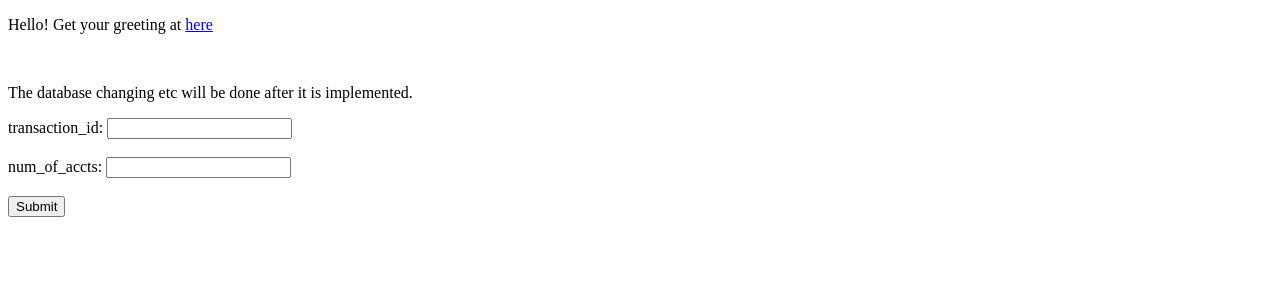
Repository: hcm4990/BankingApplicationRestAPI
Page: gs-serving-web-content-complete/src/main/resources/static/index.html
These files come from the project's save history. The page is drawn as it stood at one moment and after the next save; the edit follows.
The browser window is 1280 px wide. The pictures show the whole page.

Above is the page before, as saved 2020-04-06 12:05:27.

After the next save:
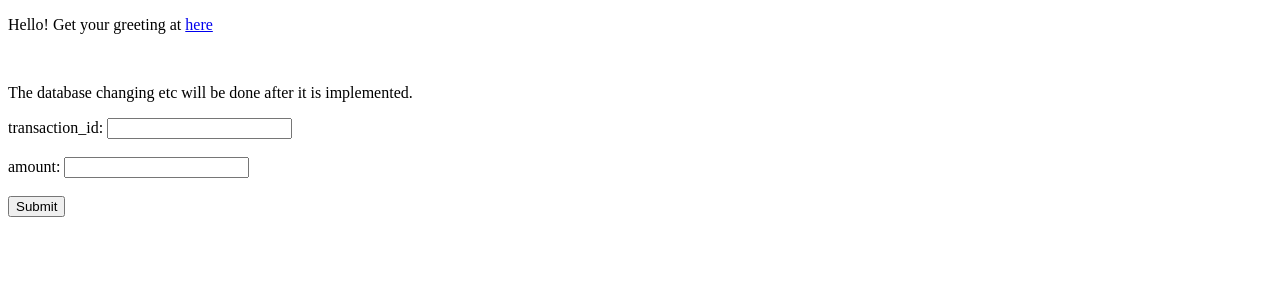
Saved 15 s later.
--- a/gs-serving-web-content-complete/src/main/resources/static/index.html
+++ b/gs-serving-web-content-complete/src/main/resources/static/index.html
@@ -11,9 +11,9 @@
 	<br>
 	<p>The database changing etc will be done after it is implemented.</p>
 	<form action="/transaction">
-		<label for="fname">transaction_id:</label> <input type="text" id="fname"
+		<label for="transaction_id">transaction_id:</label> <input type="text" id="transaction_id"
 			name="fname"><br>
-		<br> <label for="lname">num_of_accts:</label> <input type="text"
+		<br> <label for="lname">amount:</label> <input type="text"
 			id="lname" name="lname"><br>
 		<br> <input type="submit" value="Submit">
 	</form>
